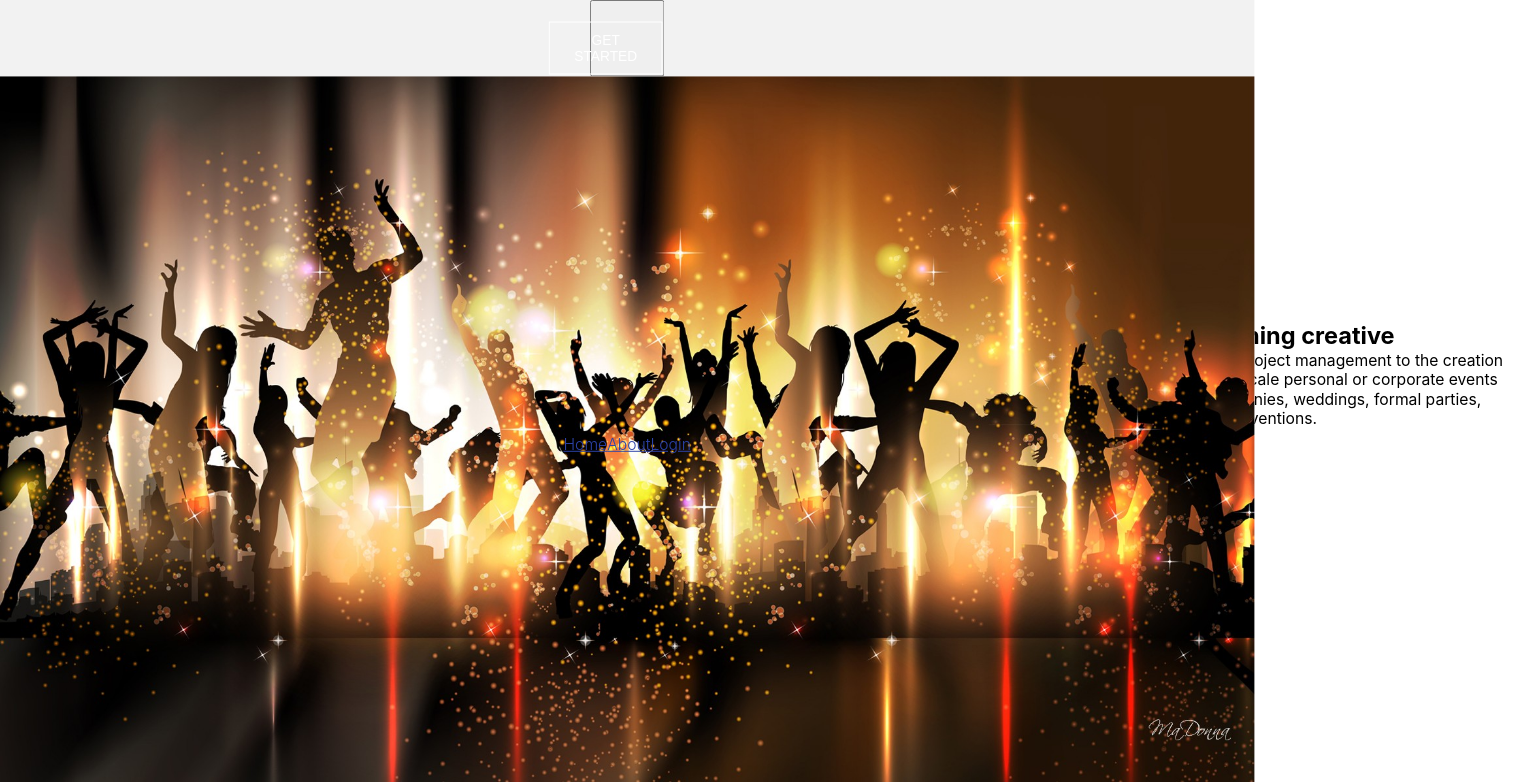
Repository: Fortune-Labs/Event-management-system-CapstoneG3
Page: /home (app in frontend/)
These files come from the project's save history. The page is drawn as it stood at one moment and after the next save; the edit follows.
The browser window is 1280 px wide. The page is 1548 px wide, so the pictures cover 1548 px, including what lies to the right of the window. The pictures show the whole page, at 98% of full size.
The project was rebuilt for these pictures with package versions that can differ from the ones it lists, and the page was loaded fresh each time. Also part of the build but not shown: frontend/src/components/LoginSignup/errorMessages.js, frontend/src/components/LoginSignup/register.jsx, frontend/src/components/LoginSignup/login.jsx, frontend/src/components/LoginSignup/verificationCode.jsx, frontend/src/components/LoginSignup/passwordReset.jsx.

Above is the page before, as saved 2020-09-13 12:47:15.

### frontend/src/App.js
import React from "react";
import "./App.css";
import Register from "./components/LoginSignup/register";
import Login from "./components/LoginSignup/login";
import passwordReset from "./components/LoginSignup/passwordReset";
import { BrowserRouter, Route } from "react-router-dom";
import Home from "./components/Home/home";

function App() {
  return (
    <div className="App">
      <BrowserRouter>
        <Route>
          <div className="App">
            <Route path="/home" component={Home} />
            <Route path="/login" component={Login} />
            <Route path="/passwordReset" component={passwordReset} />
            <Route exact path="/register" component={Register} />
          </div>
        </Route>
      </BrowserRouter>
    </div>
  );
}

export default App;

### frontend/src/components/Home/home.jsx
import React, { Component } from "react";
import "./style.css";
import { Link } from "react-router-dom";

class Home extends Component {
  render() {
    return (
      <div className="main-wrapper">
        <div className="get-started">
          <div class="welcome-text">
            <h1>creative</h1>
            <h2>Lets make something creative</h2>
            <p>
              Event management is the application of project management to the
              creation and development of small and/or large-scale personal or
              corporate events such as festivals, conferences, ceremonies,
              weddings, formal parties, concerts, or conventions.
            </p>
          </div>
          <div className="get-started-btn">
            <button type="submit" className="btn">
              <Link to="Login">Get Started</Link>
            </button>
          </div>
        </div>
        <div className="home-login">
          <header>
            {/* <div className="logo">
              <img src="#" alt=""></img>
            </div> */}
            <ul class="nav-area">
              <li>
                <Link to="home">Home</Link>
              </li>
              <li>
                <Link to="about">About</Link>
              </li>
              <li>
                <Link to="login">Login</Link>
              </li>
            </ul>
          </header>
        </div>
      </div>
    );
  }
}

export default Home;

### frontend/src/components/LoginSignup/style.css
.wrapper {
  height: 100vh;
  width: 100%;
  display: flex;
  flex-direction: column;
  justify-content: center;
  align-items: center;
  background-color: #f2f2f2;
  margin: 0;
}

.form-wrapper {
  min-height: 25rem;
  width: 30%;
  display: flex;
  flex-direction: column;
  padding: 20px;
  border-radius: 6px;
  box-shadow: 0px 10px 50px #555;
  background-color: #ffffff;
}

.register-header {
  text-align: center;
  width: 100%;
  color: #111;
  font-size: 16px;
  font-weight: bold;
  font-family: -apple-system, BlinkMacSystemFont, "Segoe UI", Roboto, Oxygen,
    Ubuntu, Cantarell, "Open Sans", "Helvetica Neue", sans-serif;
}

.register-form {
  width: 100%;
  display: flex;
  flex-wrap: wrap;
  align-items: center;
  justify-content: center;
}

label {
  font-size: 16px;
  margin-bottom: 0.09em;
  color: #222;
  font-weight: 12px;
  text-align: left;
}

input[type="text"],
select {
  padding: 10px 10px;
  border-radius: 5px;
  outline: none;
  border: 1px solid #cfcfcf;
  font-size: 0.8em;
}
input[type="password"] {
  padding: 10px 10px;
  border-radius: 5px;
  outline: none;
  border: 1px solid #cfcfcf;
  font-size: 0.6em;
}

input[type="tel"] {
  padding: 10px 10px;
  border-radius: 5px;
  outline: none;
  border: 1px solid #cfcfcf;
  font-size: 0.6em;
}
input::placeholder {
  font-size: 1em;
  font-weight: lighter;
  color: #999;
}

.firstName,
.email,
.cpassword,
.phone {
  margin-right: 1%;
}

.lastName,
.password,
.address,
.username {
  margin-left: 1%;
}

.firstName,
.lastName,
.email,
.password,
.cpassword,
.phone,
.address,
.username {
  display: flex;
  flex-direction: column;
  margin-bottom: 15px;
}

.firstName,
.lastName,
.email,
.password,
.cpassword,
.address,
.phone,
.username {
  width: 49%;
}

.register {
  width: 100%;
  display: flex;
  flex-direction: column;
  align-items: center;
}

.register button {
  background-color: #2c43a8;
  color: #fff;
  border: 2px solid #fff;
  border-radius: 5px;
  width: 40%;
  margin-top: 1em;
  padding: 8px 0px;
  font-size: 0.7em;
  font-weight: lighter;
  letter-spacing: 1px;
  margin-bottom: 0.25em;
  text-align: center;
}

.register button:hover {
  color: #519e8a;
  background-color: #fff;
  border: 2px solid #519e8a;
}

.register small {
  color: #999;
  font-weight: lighter;
}
/* Login style */

.login-wrapper {
  background-image: url("../Images/login-background.jpg");
  height: 100vh;
  width: 100%;
  display: flex;
  flex-direction: column;
  justify-content: center;
  align-items: center;
  background-size: cover;
  background-position: center;
  background-repeat: no-repeat;
  background-color: #f2f2f2;
  margin: 0;
  position: relative;
}

.login-form-wrapper {
  height: 60%;
  width: 50%;
  display: flex;
  position: absolute;
  right: 10%;
  margin-right: -25;
  top: 20%;
  margin-top: -25;
  overflow: hidden;
  flex-direction: column;
  padding: 20px;
  border-radius: 6px;
  box-shadow: 0px 10px 50px #555;
  background-color: #ffffff;
}

.login-header {
  text-align: center;
  width: 100%;
  color: #111;
  font-size: 20px;
  font-weight: bold;
  margin-top: 6%;
  font-family: -apple-system, BlinkMacSystemFont, "Segoe UI", Roboto, Oxygen,
    Ubuntu, Cantarell, "Open Sans", "Helvetica Neue", sans-serif;
}

.login-form-wrapper input {
  padding: 10px 10px;
  border-radius: 5px;
  outline: none;
  border: 1px solid #cfcfcf;
  font-size: 1em;
}

.login-form-wrapper input::placeholder {
  font-size: 1em;
  font-weight: lighter;
  color: #999;
}
.login-form {
  width: 100%;
  display: flex;
  flex-direction: column;
  align-items: center;
  justify-content: center;
}

.email,
.password {
  display: flex;
  flex-direction: column;
  margin-bottom: 15px;
  width: 49%;
  text-align: center;
  justify-content: center;
}

.login-form .password {
  margin-left: 0%;
}

.login {
  display: flex;
  flex-direction: row;
  margin-bottom: 10px;
  width: 49%;
}

.login button {
  background-color: #2c43a8;
  color: #fff;
  border: 2px solid #fff;
  border-radius: 5px;
  padding: 8px 10px;
  text-align: center;
  font-size: 0.8em;
  font-weight: lighter;
  letter-spacing: 1px;
  margin-bottom: 0.25em;
  justify-content: flex-end;
}

.btn {
  display: flex;
  justify-content: flex-end;
  align-items: flex-end;
  right: 0;
  width: 50%;
}
.reset-pwd {
  display: flex;
  width: 50%;
  align-items: flex-start;
}

.login button:hover {
  color: #519e8a;
  background-color: #fff;
  border: 2px solid #519e8a;
}

small {
  color: #999;
  font-weight: lighter;
}

/* general anchor tags */
a:link,
a:visited {
  color: #2c43a8;
  font-weight: 300;
}

a:hover,
a:active {
  color: #519e8a;
}

/* Extra small devices (phones, 600px and down) */
@media only screen and (max-width: 480px) {
  .form-wrapper {
    /* height: 100%; */
    min-height: 15rem;
    width: 80%;
  }

  .login-from-wrapper {
    /* height: 100%; */
    min-height: 10rem;
    width: 80%;
    position: absolute;
  }
  .email,
  .password {
    width: 80%;
  }
}
@media only screen and (max-width: 770px) {
  .form-wrapper {
    height: 100%;
    /* min-height: 15rem; */
    margin-top: 2rem;
    width: 80%;
  }

  .login-form-wrapper {
    /* height: 100%; */
    min-height: 20rem;
    margin-top: 2rem;
    width: 80%;
  }
  .wrapper {
    height: 100%;
    padding: 2rem !important;
  }

  .login-wrapper {
    height: 100%;
    padding: 2rem !important;
  }
}

@media only screen and (max-width: 812px) {
  .form-wrapper {
    height: 100%;
    /* min-height: 15rem; */
    margin-top: 2rem;
    width: 80%;
  }
  .login-wrapper {
    height: 100%;
  }

  .login-form-wrapper {
    /* height: 100%; */
    min-height: 20rem;
    margin-top: 2rem;
    width: 80%;
  }
  .wrapper {
    height: 100%;
    padding: 0 0 5rem;
  }
  .login-wrapper {
    height: 100%;
    padding: 0 0 5rem;
  }
  .login-form-wrapper {
    /* height: 60%; */
    /* width: 50%; */
    /* display: flex; */
    /* overrding position  */
    position: static;
  }
}

### frontend/src/components/Home/style.css
* {
  margin: 0;
  padding: 0;
}

.main-wrapper {
  height: 100%;
  width: 100%;
  display: flex;
  flex-direction: column;
  justify-content: center;
  align-items: center;
  background-color: #f2f2f2;
  margin: 0;
}

.get-started {
  display: flex;
}
.home-login {
  background-image: url("../Images/login-background.jpg");
  height: 100vh;
  width: 100%;
  display: flex;
  flex-direction: column;
  justify-content: center;
  align-items: center;
  background-size: cover;
  background-position: center;
  background-repeat: no-repeat;
  background-color: #f2f2f2;
  -webkit-background-size: cover;
  margin: 0;
  position: relative;
}

.nav-area {
  float: right;
  list-style: none;
  margin-top: 30px;
}
.nav-area li {
  display: inline-block;
}
.nav-area li link {
  color: #fff;
  text-decoration: none;
  padding: 5px 20px;
  font-family: poppins;
  font-size: 16px;
  text-transform: uppercase;
}
.nav-area li link:hover {
  background: #fff;
  color: #333;
}

/* .logo { */
/* float: left; */
/* } */

/* .logo img { */
/* width: 100%; */
/* padding: 15px 0; */
/* } */

.welcome-text {
  position: absolute;
  width: 600px;
  height: 300px;
  margin: 20% 30%;
  text-align: center;
}
.welcome-text h1 {
  text-align: left;
  color: #fff;
  text-transform: uppercase;
  font-size: 60px;
}
.get-started a {
  border: 1px solid #fff;
  padding: 10px 25px;
  text-decoration: none;
  text-transform: uppercase;
  font-size: 14px;
  margin-top: 20px;
  display: inline-block;
  color: #fff;
}
.welcome-text a:hover {
  background: #fff;
  color: #333;
}

.get-started-btn {
  width: 100%;
  display: flex;
  flex-direction: column;
  align-items: center;
}

.register button {
  background-color: #2c43a8;
  color: #fff;
  border: 2px solid #fff;
  border-radius: 5px;
  width: 40%;
  margin-top: 1em;
  padding: 8px 0px;
  font-size: 0.7em;
  font-weight: lighter;
  letter-spacing: 1px;
  margin-bottom: 0.25em;
  text-align: center;
}

.register button:hover {
  color: #519e8a;
  background-color: #fff;
  border: 2px solid #519e8a;
}

/*resposive*/

@media (max-width: 600px) {
  .wrapper {
    width: 100%;
  }
  .logo {
    float: none;
    width: 50%;
    text-align: center;
    margin: auto;
  }

  .nav-area {
    float: none;
    margin-top: 0;
  }
  .nav-area li a {
    padding: 5px;
    font-size: 11px;
  }
  .nav-area {
    text-align: center;
  }
  .welcome-text {
    width: 100%;
    height: auto;
    margin: 30% 0;
  }
  .welcome-text h1 {
    font-size: 30px;
  }
}

Loaded but not shown: frontend/public/index.html (common file); frontend/src/index.js (common file); frontend/src/index.css (common file); frontend/src/serviceWorker.js (common file); frontend/src/App.css (common file)

After the next save:
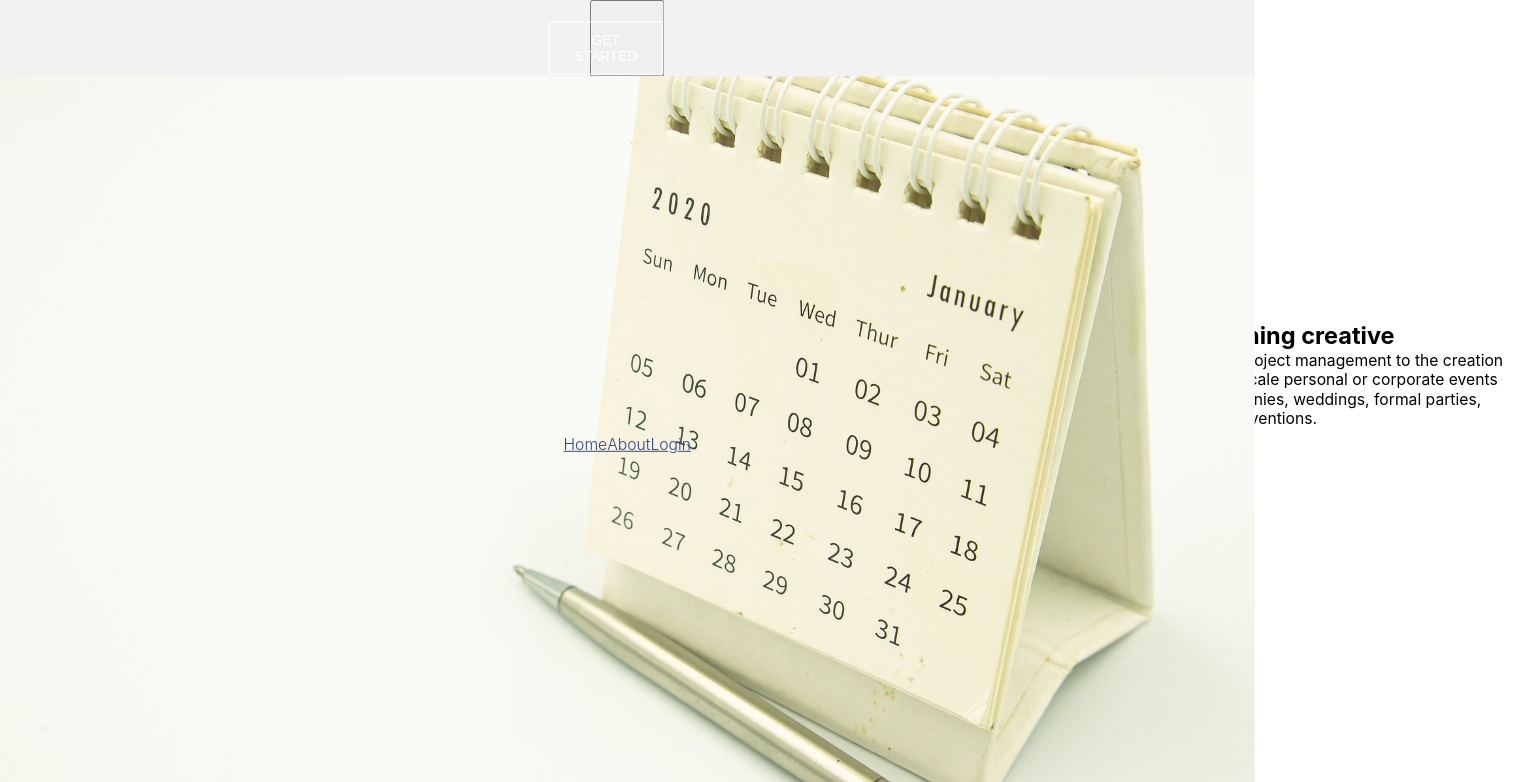
Saved 48 s later.
--- a/frontend/src/components/Home/style.css
+++ b/frontend/src/components/Home/style.css
@@ -18,7 +18,7 @@
   display: flex;
 }
 .home-login {
-  background-image: url("../Images/login-background.jpg");
+  background-image: url("../Images/home-login-photo.jpg");
   height: 100vh;
   width: 100%;
   display: flex;
